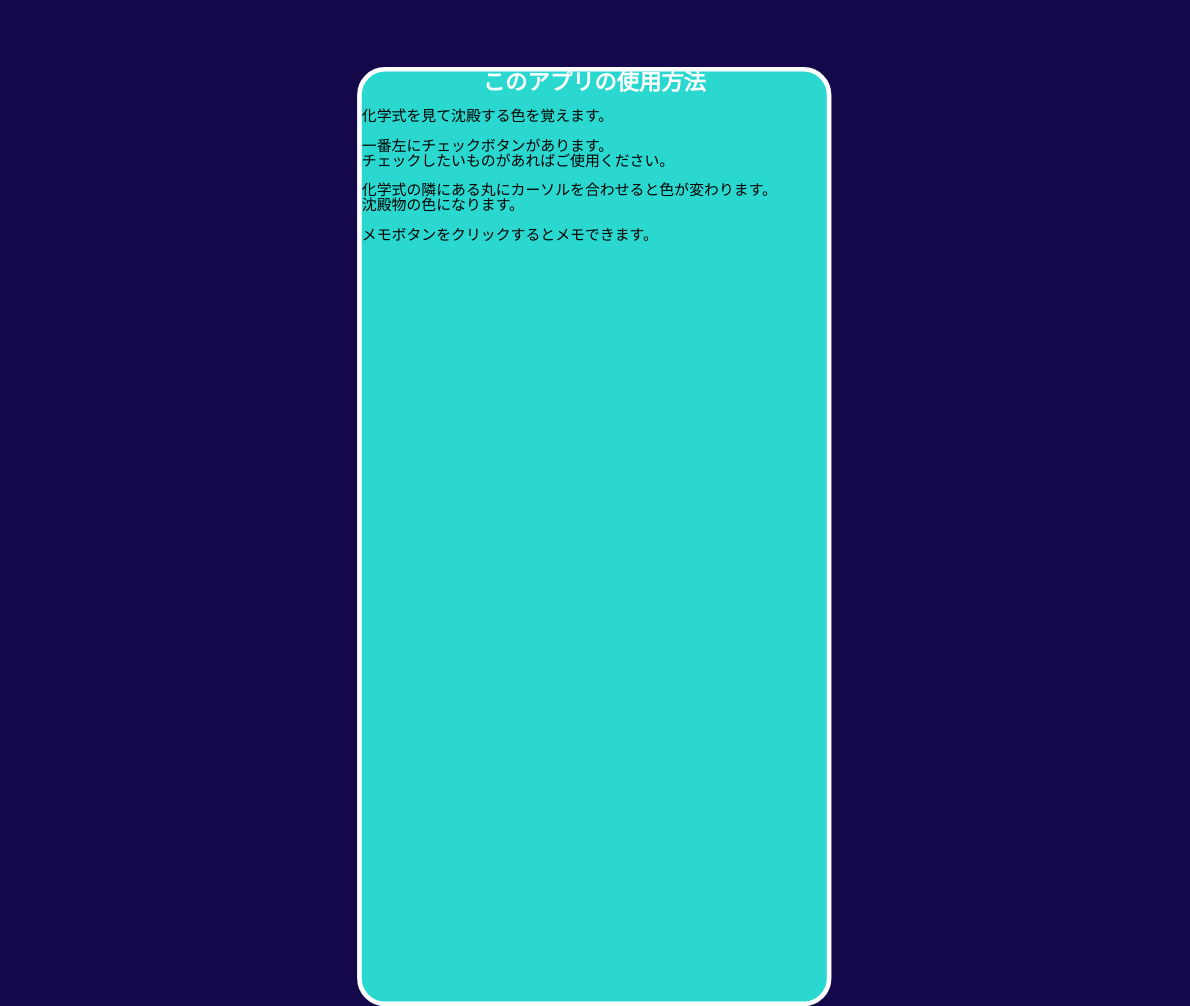
Repository: 1000sky/Inorganic_chemistry_application
Page: http://localhost/explanation
These files come from the project's save history. The page is drawn as it stood at one moment and after the next save; the edit follows.
The browser window is 1280 px wide. The pictures show the whole page, at 93% of full size.
The page is served by the project's Laravel application, run on PHP 8.4 with Laravel 8. Other server files are loaded and not shown.

Above is the page before, as saved 2022-07-12 19:40:44.

### application/routes/web.php
<?php

use Illuminate\Support\Facades\Route;

/*
|--------------------------------------------------------------------------
| Web Routes
|--------------------------------------------------------------------------
|
| Here is where you can register web routes for your application. These
| routes are loaded by the RouteServiceProvider within a group which
| contains the "web" middleware group. Now create something great!
|
*/

Route::get('/home', function () {
    return view('welcome');
});

Route::get('/dashboard', function () {
    return view('dashboard');
})->middleware(['auth'])->name('dashboard');

require __DIR__.'/auth.php';



Route::get('/', function () {
    return view('index');
});

Route::get('/start', function () {
    return view('start');
})->middleware('auth');

Route::get('/explanation', function () {
    return view('explanation');
});

### application/resources/views/explanation.blade.php
<!DOCTYPE html>
<html lang="ja">
<head>
    <meta charset="UTF-8">
    <meta name="viewport" content="width=device-width, initial-scale=1.0">
    <meta http-equiv="X-UA-Compatible" content="ie=edge">
    <title>Inorganic_chemistry_application</title>
    <link rel="stylesheet" href="css/reset.css" >
    <link rel="stylesheet" href="css/explanation.css" />

</head>
<body>
    <div class=card>
        <div>
        <h2>このアプリの使用方法</h2>
        <br>
        <p>化学式を見て沈殿する色を覚えます。</p>
        <br>
        <P>一番左にチェックボタンがあります。</P>
        <p>チェックしたいものがあればご使用ください。</p>
        <br>
        <P>化学式の隣にある丸にカーソルを合わせると色が変わります。</P>
        <P>沈殿物の色になります。</P>
        <br>
        <P>メモボタンをクリックするとメモできます。</P>
        </div>





    </div>

</body>
</html>

### application/public/css/explanation.css
body {
    background-color: rgb(20, 8, 75);
}

.card {
    position: absolute;
    top: 10%;
    left:30%;
    width: 500px;
    height: 1000px;
    background-color: rgb(42, 216, 208);
    border: solid 5px white;
    border-radius: 30px;
  }

h2 {
    text-align: center;
    color: white;
    font-size: 1.5rem;
}

Loaded but not shown: application/routes/auth.php (common file); application/public/css/reset.css (common file)

After the next save:
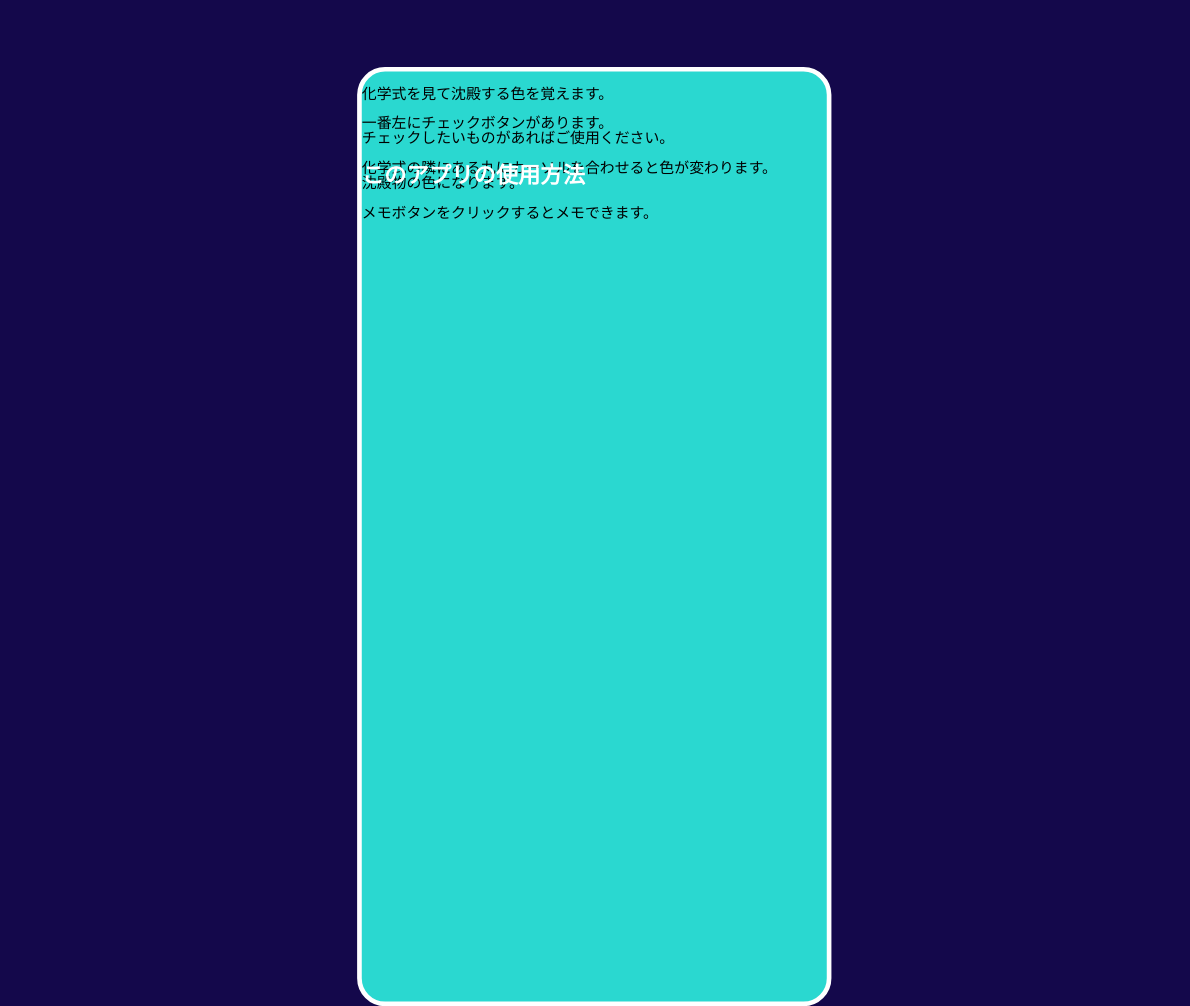
Saved 27 s later.
--- a/application/public/css/explanation.css
+++ b/application/public/css/explanation.css
@@ -17,4 +17,7 @@
     text-align: center;
     color: white;
     font-size: 1.5rem;
+    position: absolute;
+    top: 10%;
+
 }

After the save that followed:
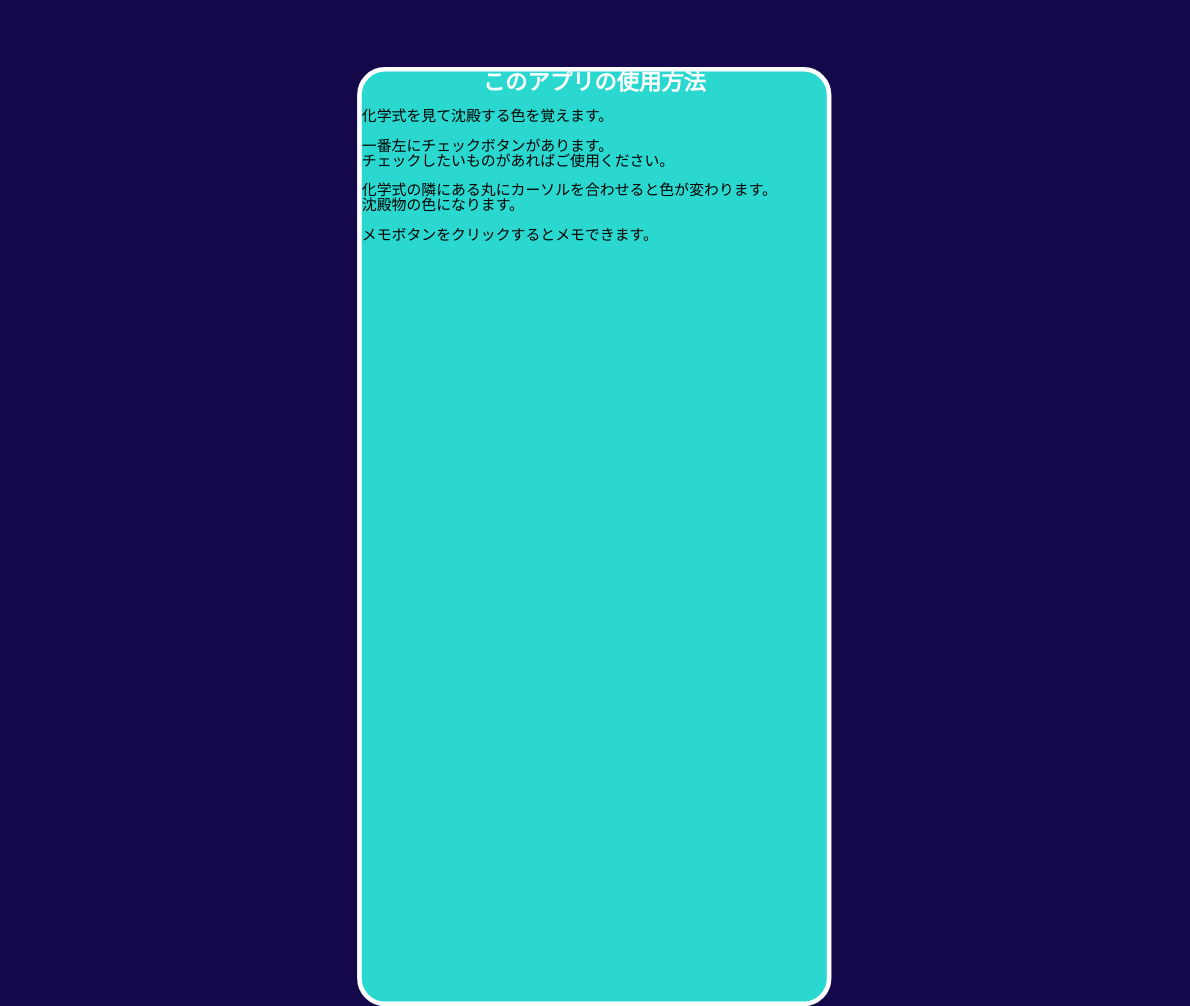
Saved 16 s later.
--- a/application/public/css/explanation.css
+++ b/application/public/css/explanation.css
@@ -17,7 +17,6 @@
     text-align: center;
     color: white;
     font-size: 1.5rem;
-    position: absolute;
-    top: 10%;
+
 
 }
